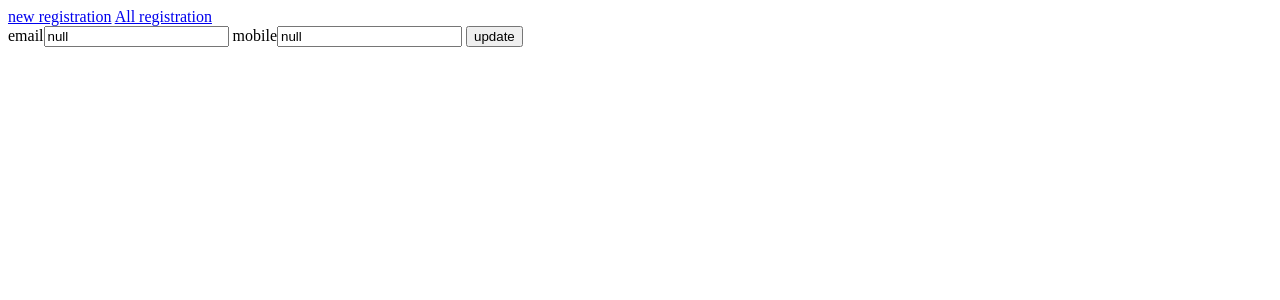
Repository: anujkumar163/Tom_cad
Page: http://localhost/student_app/update
The author's editor kept a copy of each file at every save. The page is drawn from the files as they stood at one save, then again after the next save.
The browser window is 1280 px wide. The pictures show the whole page.
The page is served by Tomcat 9. Other server files are loaded and not shown.

Above is the page before, as saved 2022-06-10 10:04:52.

### student_app/src/main/webapp/update.jsp
<%@ page language="java" contentType="text/html; charset=ISO-8859-1"
    pageEncoding="ISO-8859-1"%>

<%@ include file="menu.jsp" %>
<!DOCTYPE html>
<html>
<head>
<meta charset="ISO-8859-1">
<title>Insert title here</title>
</head>
<body>
	<form action="update" method="post">
	email<input type="text" name="email" value="<%=request.getAttribute("email") %>">
	mobile<input type="text" name="mobile" value="<%=request.getAttribute("mobile") %>">
	<input type="submit" value="update">
	</form>

</body>
</html>

### student_app/src/main/webapp/menu.jsp
<%@ page language="java" contentType="text/html; charset=ISO-8859-1"
    pageEncoding="ISO-8859-1"%>
<!DOCTYPE html>
<html>
<head>
<meta charset="ISO-8859-1">
<title>Insert title here</title>
</head>
<body>
	<a href="register">new registration</a>
	<a href="ListAll">All registration</a>
</body>
</html>

### student_app/src/main/java/com/student_app/controller/UpdateController.java
package com.student_app.controller;

import java.io.IOException;
import java.sql.ResultSet;

import javax.servlet.RequestDispatcher;
import javax.servlet.ServletException;
import javax.servlet.annotation.WebServlet;
import javax.servlet.http.HttpServlet;
import javax.servlet.http.HttpServletRequest;
import javax.servlet.http.HttpServletResponse;

import com.student_app.model.DAOService;
import com.student_app.model.DAOServiceImpl;


@WebServlet("/update")
public class UpdateController extends HttpServlet {
	private static final long serialVersionUID = 1L;


    public UpdateController() {
        super();

    }

	protected void doGet(HttpServletRequest request, HttpServletResponse response) throws ServletException, IOException {
		String email = request.getParameter("email");
		String mobile = request.getParameter("mobile");
		//showing this date get from listall registr email, mobile in update page

		request.setAttribute("email", email);
		request.setAttribute("mobile", mobile);

		RequestDispatcher rd = request.getRequestDispatcher("update.jsp");
		rd.forward(request, response);
	}


	protected void doPost(HttpServletRequest request, HttpServletResponse response) throws ServletException, IOException {
		String email = request.getParameter("email");
		String mobile = request.getParameter("mobile");
		DAOService service =new DAOServiceImpl();
		service.connectDB();

		service.updateReg(email, mobile);

		ResultSet result = service.showAll();
		request.setAttribute("result", result);
		RequestDispatcher rd = request.getRequestDispatcher("listAll.jsp");
		rd.forward(request, response);

	}

}

After the next save:
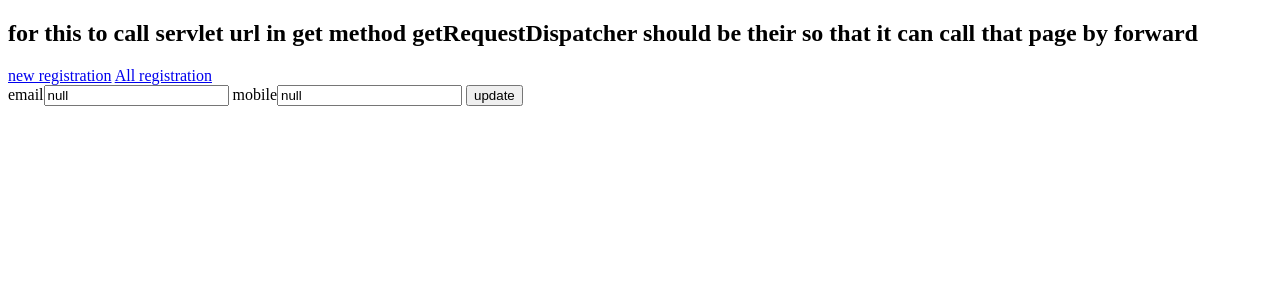
Saved 3 min 1 s later.
--- a/student_app/src/main/webapp/menu.jsp
+++ b/student_app/src/main/webapp/menu.jsp
@@ -7,6 +7,8 @@
 <title>Insert title here</title>
 </head>
 <body>
+	<h2>for this to call servlet url in get method getRequestDispatcher
+	should be their so that it can call that page by forward</h2>
 	<a href="register">new registration</a>
 	<a href="ListAll">All registration</a>
 </body>
